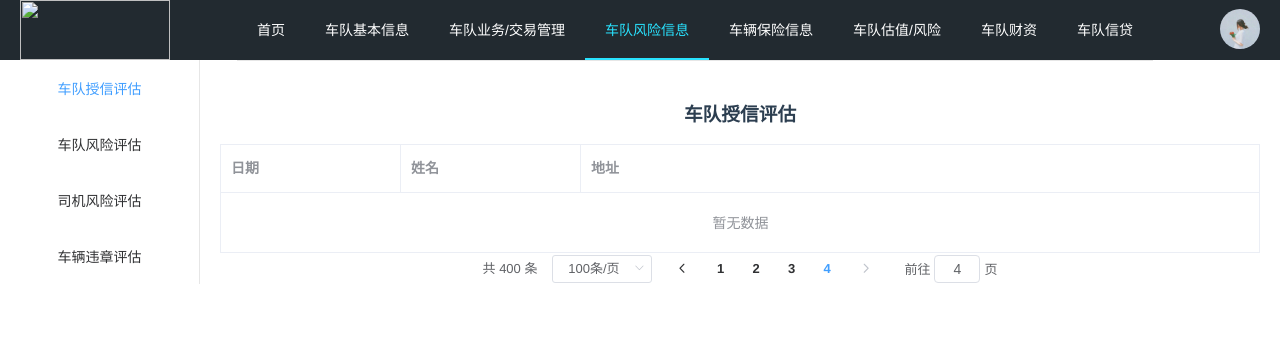
Repository: TheWomanLiketheWind/woodpecker
Page: /
An editor plug-in stored every save of this project. The page is shown before and after the next save, followed by the edit.
The browser window is 1280 px wide. The pictures show the whole page.
The project was rebuilt for these pictures with package versions that can differ from the ones it lists, and the page was loaded fresh each time. Also part of the build but not shown: src/views/menuThird.vue.

Above is the page before, as saved 2019-07-25 17:56:09.

After the next save:
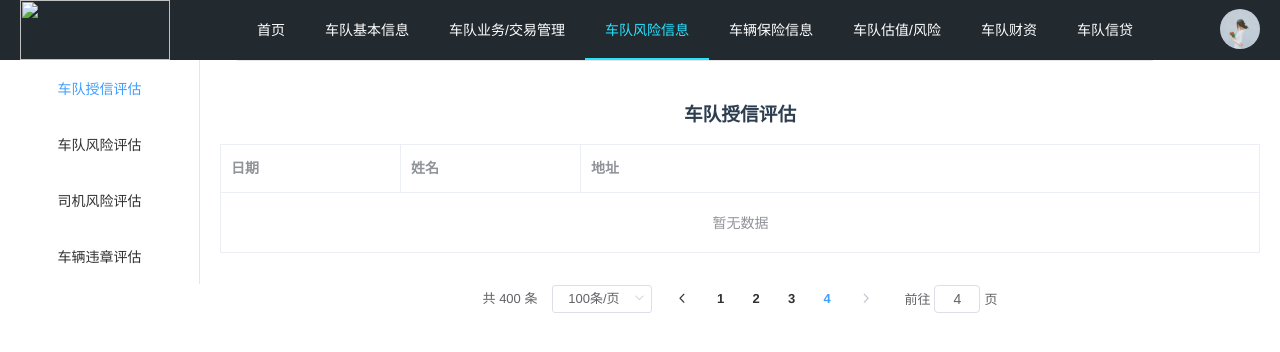
Saved 58 s later.
--- a/src/views/menuSecond.vue
+++ b/src/views/menuSecond.vue
@@ -70,5 +70,8 @@ export default Vue.extend({
 </script>
 
 
-<style>
+<style lang="scss">
+.el-pagination {
+  margin-top: 30px;
+}
 </style>
